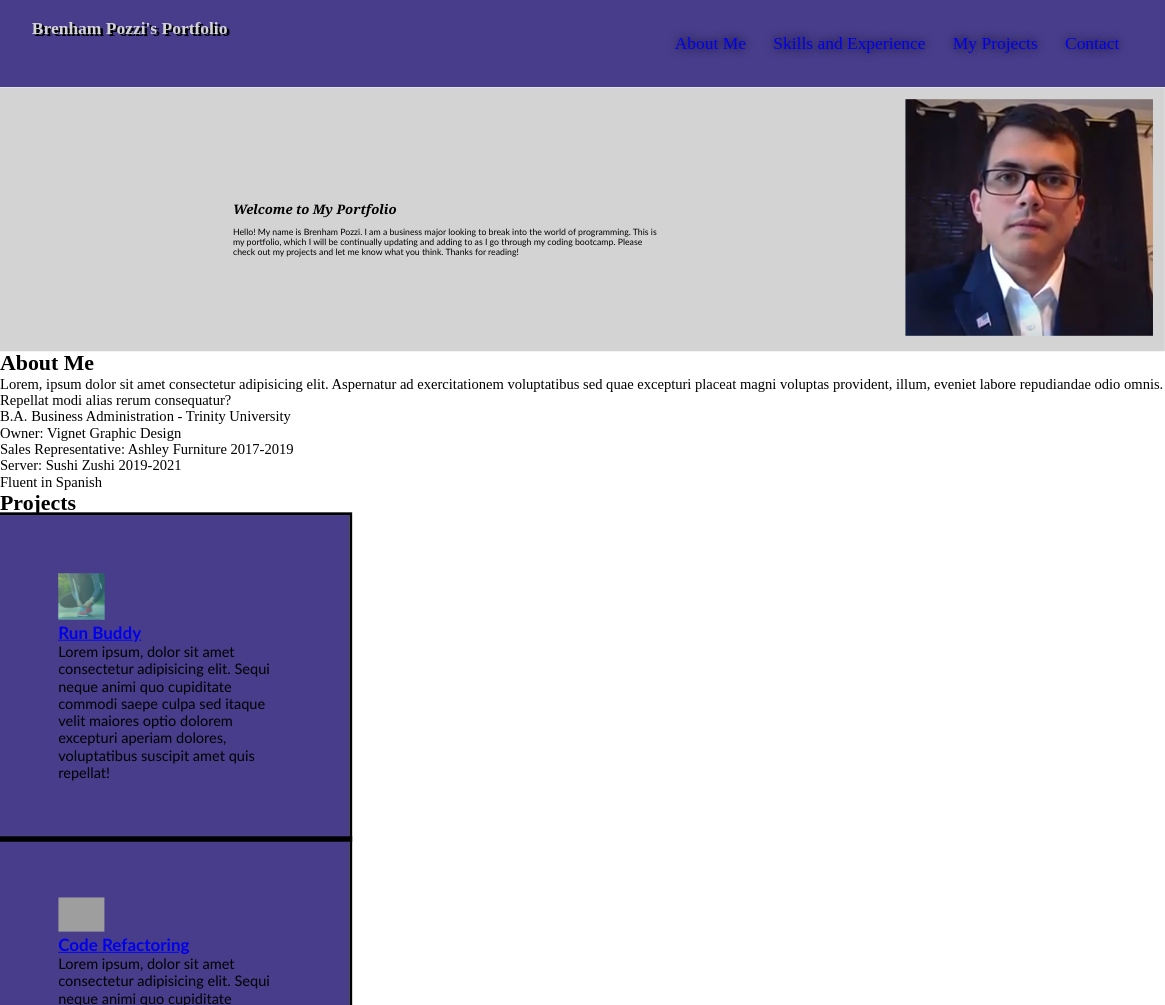
Repository: brenhamp/professional-portfolio
Page: index.html
These files come from the project's save history. The page is drawn as it stood at one moment and after the next save; the edit follows.
The browser window is 1280 px wide. The pictures show the part of the page from y = 0 to 1104 px (the page is 1789 px tall before and 2292 px after), at 91% of full size.
Pictures or frames that could not be fetched are drawn as grey boxes. A picture or video elsewhere on the page could not be fetched, so the positions and the page height are approximate.

Above is the page before, as saved 2021-11-14 20:30:16.

After the next save:
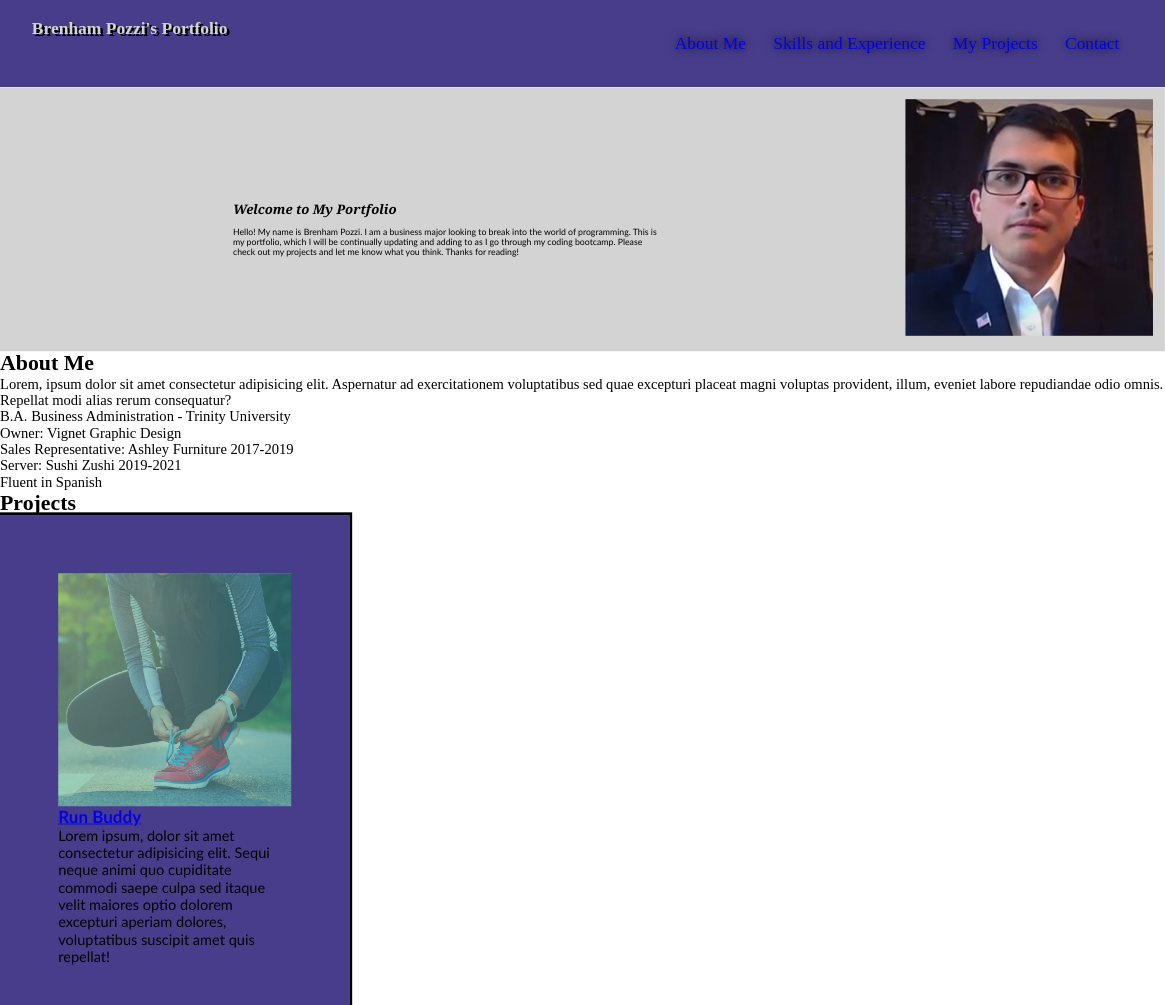
Saved 26 s later.
--- a/assets/css/styles.css
+++ b/assets/css/styles.css
@@ -123,6 +123,9 @@
     padding: 5%;
     outline: 1%;
     outline-style: solid;
+    display: flex;
+    flex: 1;
+    flex-wrap: wrap;
 }
 
 .project-article img {
